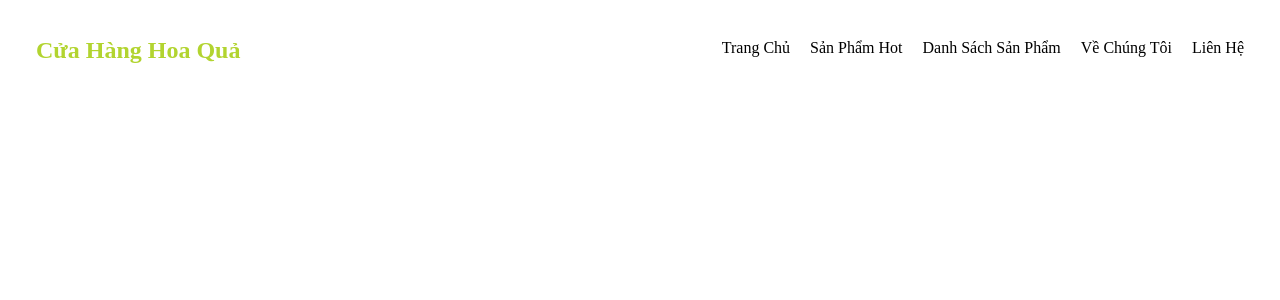
Repository: kieuduc123/HoaQua
Page: index.html
The author's editor kept a copy of each file at every save. The page is drawn from the files as they stood at one save, then again after the next save.
The browser window is 1280 px wide. The pictures show the whole page.

Above is the page before, as saved 2023-11-29 21:04:02.

### index.html
<!DOCTYPE html>
<html lang="en">
<head>
    <meta charset="UTF-8">
    <meta name="viewport" content="width=device-width, initial-scale=1.0">
    <link rel="stylesheet" href="./asset/style.css">
    <title>Cửa Hàng Hoa Quả</title>
</head>
<body>
    <div class="container">
        <div class="header">
                <h1><a href="#">Cửa Hàng Hoa Quả</a></h1>
        <div class="nav">
            <ul>
                <li><a href="#">Trang Chủ</a></li>
                <li><a href="">Sản Phẩm Hot</a></li>
                <li><a href="">Danh Sách Sản Phẩm</a></li>
                <li><a href="">Về Chúng Tôi</a></li>
                <li><a href="">Liên Hệ</a></li>
            </ul>
        </div>
        </div>
    </div>

</body>
</html>

### asset/style.css
li ,a{
    text-decoration: none;
    list-style: none;
}
.container {
    margin: 0 auto;
    width: 1208px;
}
.header {
    display: flex;
    justify-content: space-between;
    align-items: center;
}
.header h1 a {
    font-size: 24px;
    font-weight: 700;
     color: #B2D430;
}
.header ul{
    display: flex;
    justify-content: center;
    align-items: center;
}
.header li{
    padding-left: 20px;
}
.header li a {
    font-size: 16px;
    color: #000;

}

After the next save:
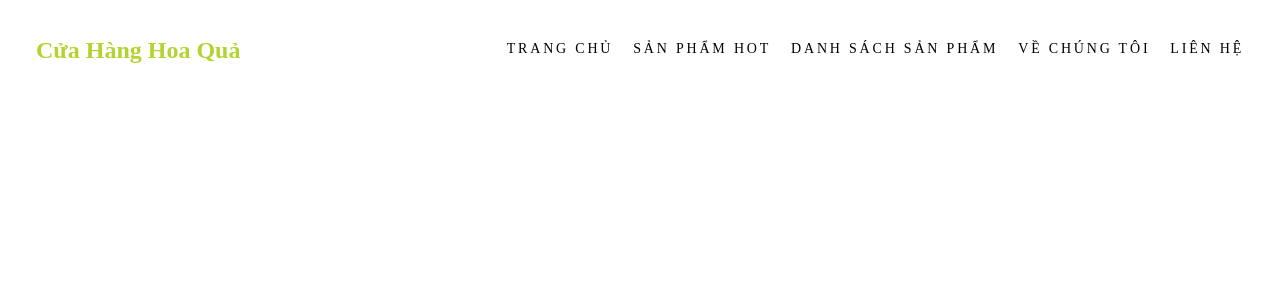
Saved 22 s later.
--- a/asset/style.css
+++ b/asset/style.css
@@ -26,6 +26,11 @@ li ,a{
 }
 .header li a {
     font-size: 16px;
+    font-weight: 400;
+    text-transform: uppercase;
+    padding: 10px 0;
     color: #000;
+    font-size: 14px;
+    letter-spacing: .2em;
 
 }
